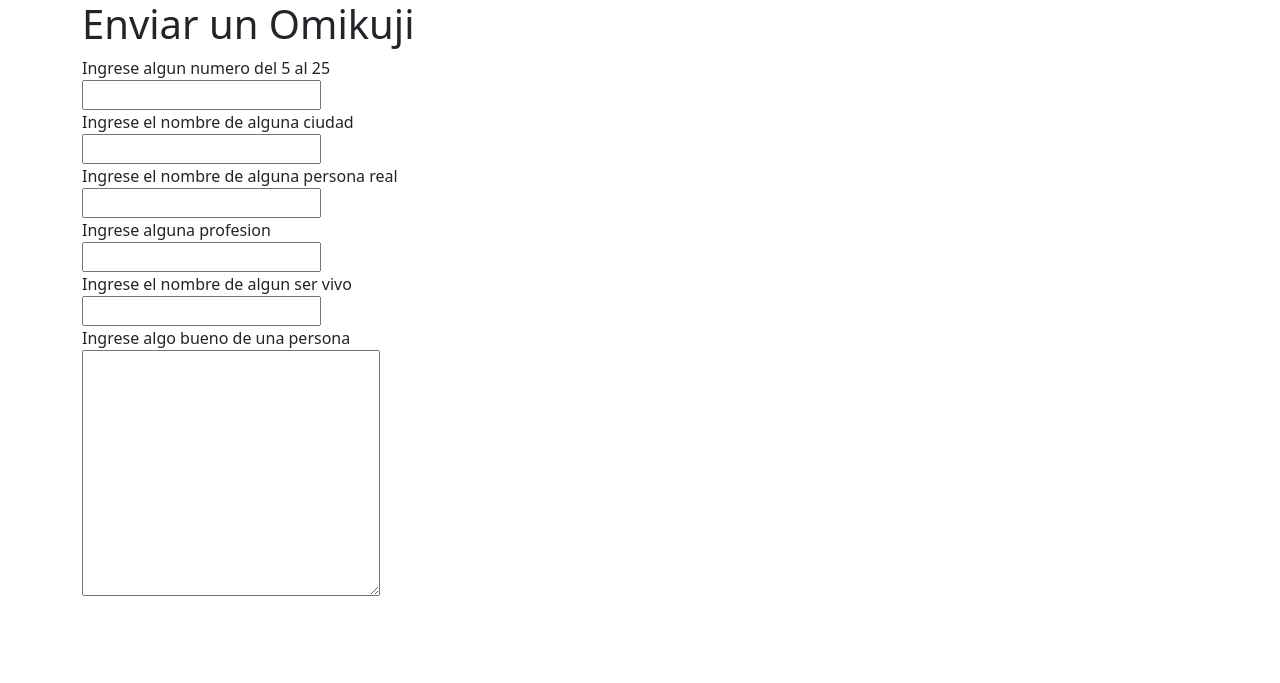
Repository: fanoneytor/condingDojo-JavaSpring
Page: http://localhost/Omikuji/WEB-INF/index.jsp
An editor plug-in stored every save of this project. The page is shown before and after the next save, followed by the edit.
The browser window is 1280 px wide. The pictures show the whole page.
The page is served by Tomcat 9. Nobody is signed in. The template is opened directly, without the code that normally fills it, so the values that code supplies are empty.

Above is the page before, as saved 2023-03-12 17:26:38.

After the next save:
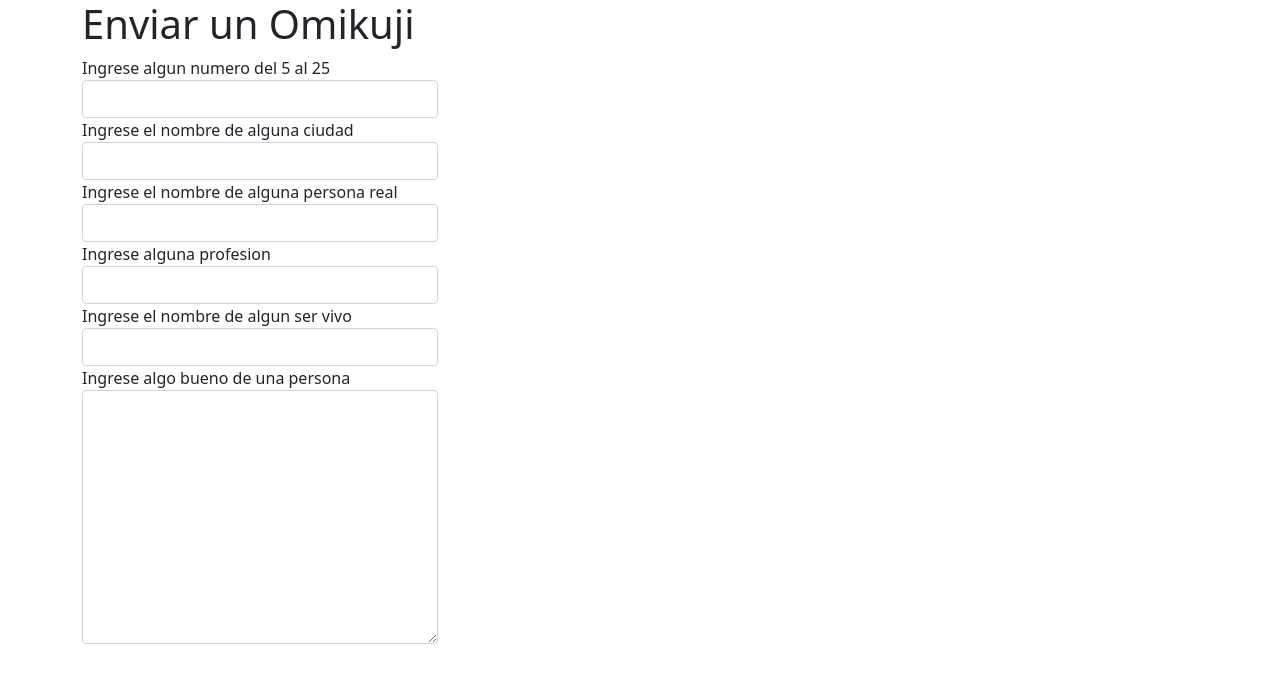
Saved 40 min 0 s later.
--- a/workspace/Omikuji/src/main/webapp/WEB-INF/index.jsp
+++ b/workspace/Omikuji/src/main/webapp/WEB-INF/index.jsp
@@ -15,28 +15,28 @@
 				<h1>Enviar un Omikuji</h1>
 				<form action="/enviarOmikuji" method="POST">
 					<div class="form-group">
-						<label for="numero">Ingrese algun numero del 5 al 25</label>
-						<input type="number" />
+						<label>Ingrese algun numero del 5 al 25</label>
+						<input type="number" name="" class="form-control"/>
 					</div>
 					<div class="form-group">
 						<label for="nombreCiudad">Ingrese el nombre de alguna ciudad</label>
-						<input type="text" />
+						<input type="text" name="" class="form-control"/>
 					</div>
 					<div class="form-group">
 						<label for="nombre">Ingrese el nombre de alguna persona real</label>
-						<input type="text" />
+						<input type="text" name="" class="form-control"/>
 					</div>
 					<div class="form-group">
 						<label for="profesion">Ingrese alguna profesion</label>
-						<input type="text" />
+						<input type="text" name="" class="form-control"/>
 					</div>
 					<div class="form-group">
 						<label for="serVivo">Ingrese el nombre de algun ser vivo</label>
-						<input type="text" />
+						<input type="text" name="" class="form-control"/>
 					</div>
 					<div class="form-group">
 						<label for="algoBueno">Ingrese algo bueno de una persona</label>
-						<textarea name="algoBueno" id="algoBueno" cols="30" rows="10"></textarea>
+						<textarea name="algoBueno" id="algoBueno" cols="30" rows="10" class="form-control"></textarea>
 					</div>
 				</form>
 			</div>
